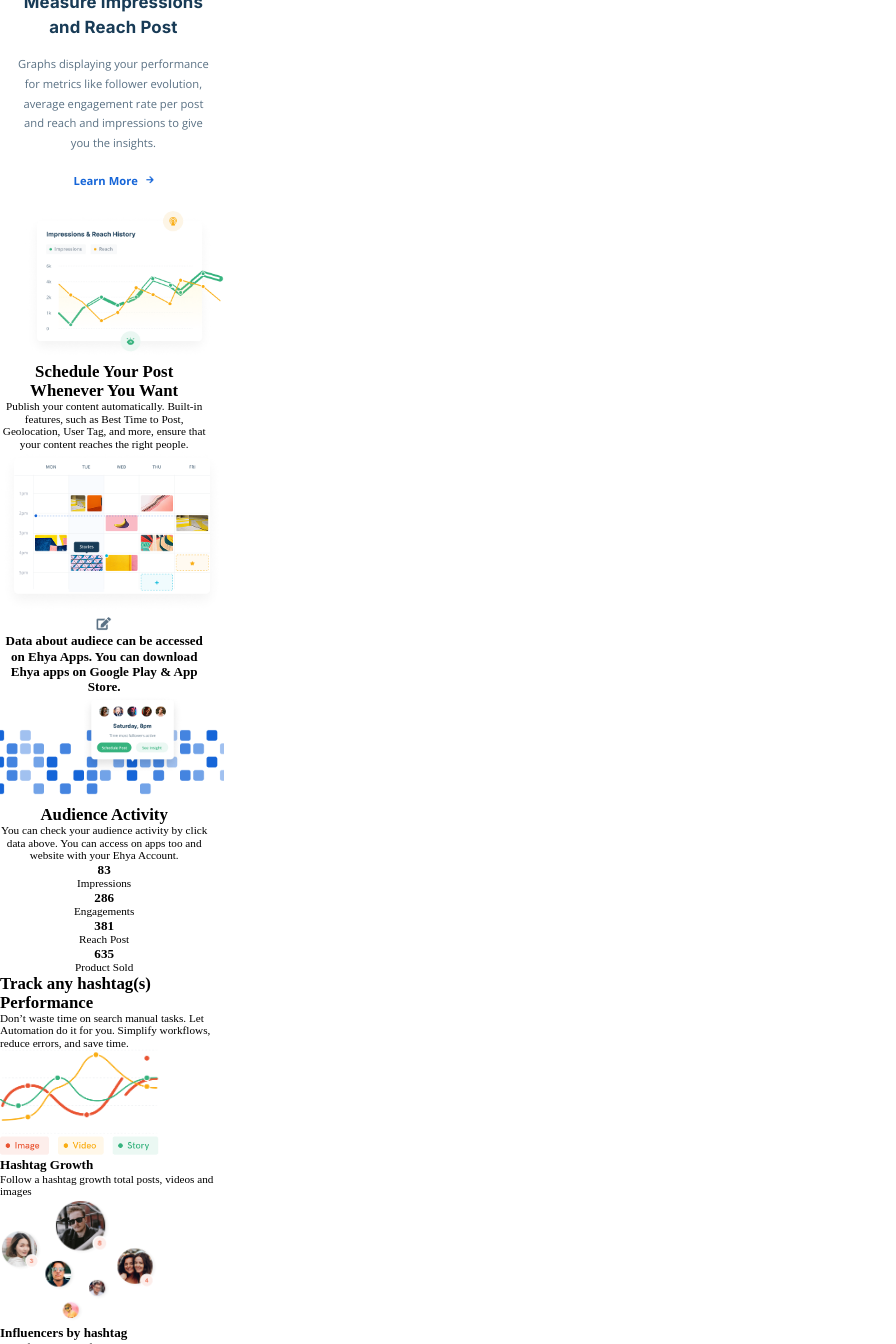
Repository: Eduardo-Tamborelli-Ferreira-lino/FrontEnd
Page: projetos/Prova-CSS/index.html
An editor plug-in stored every save of this project. The page is shown before and after the next save, followed by the edit.
The browser window is 1280 px wide. The pictures show the part of the page from y = 1022 to 2942 px (the page is 4954 px tall before and 4970 px after), at 70% of full size.

Above is the page before, as saved 2026-03-12 13:52:55.

After the next save:
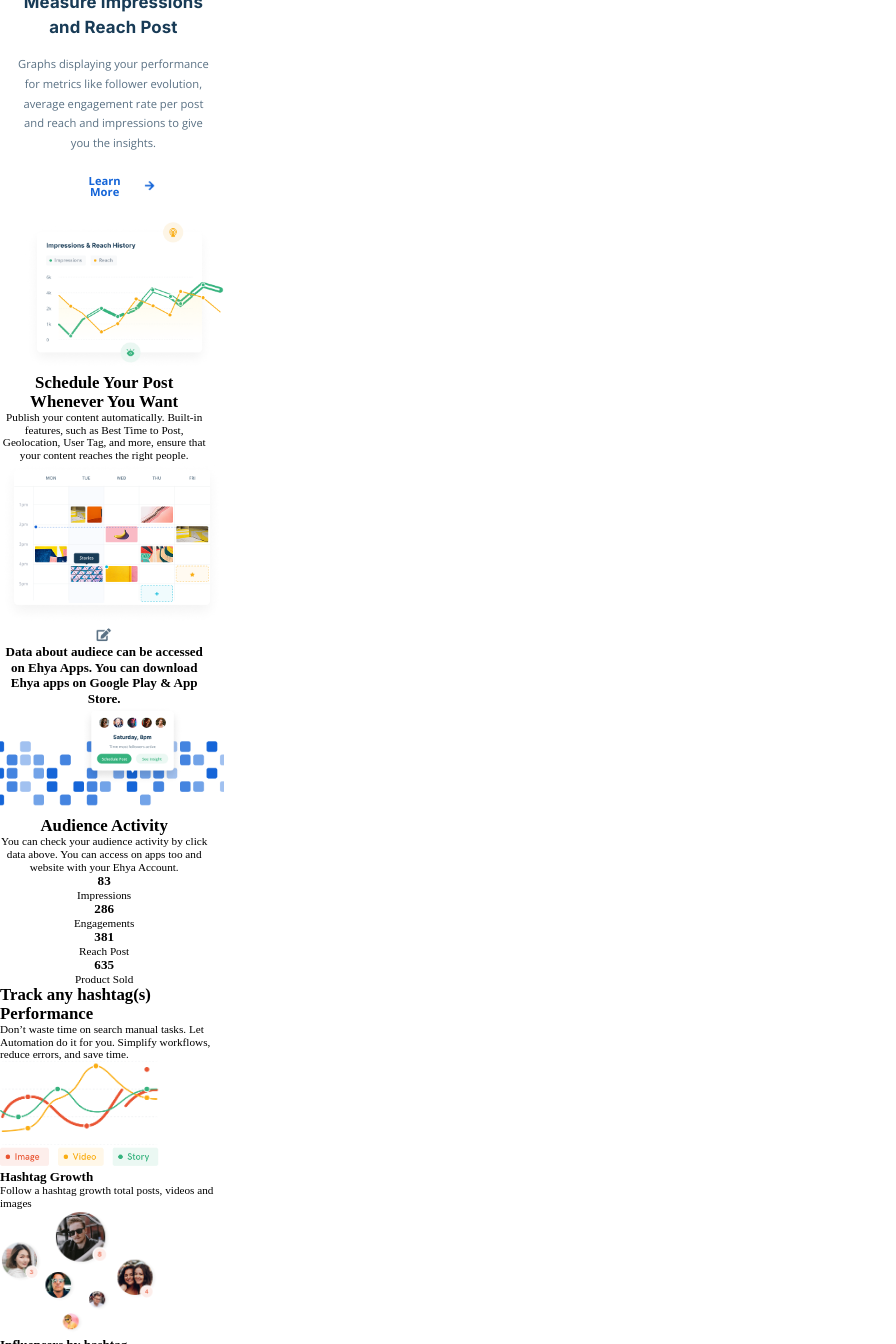
Saved 2 s later.
--- a/projetos/Prova-CSS/style.css
+++ b/projetos/Prova-CSS/style.css
@@ -183,7 +183,7 @@
 }
 
 #impressions-button img{
-    height: 0.875remrem;
+    height: 0.875rem;
 }
 
 #impressions-graph img{

After the 2 saves that followed:
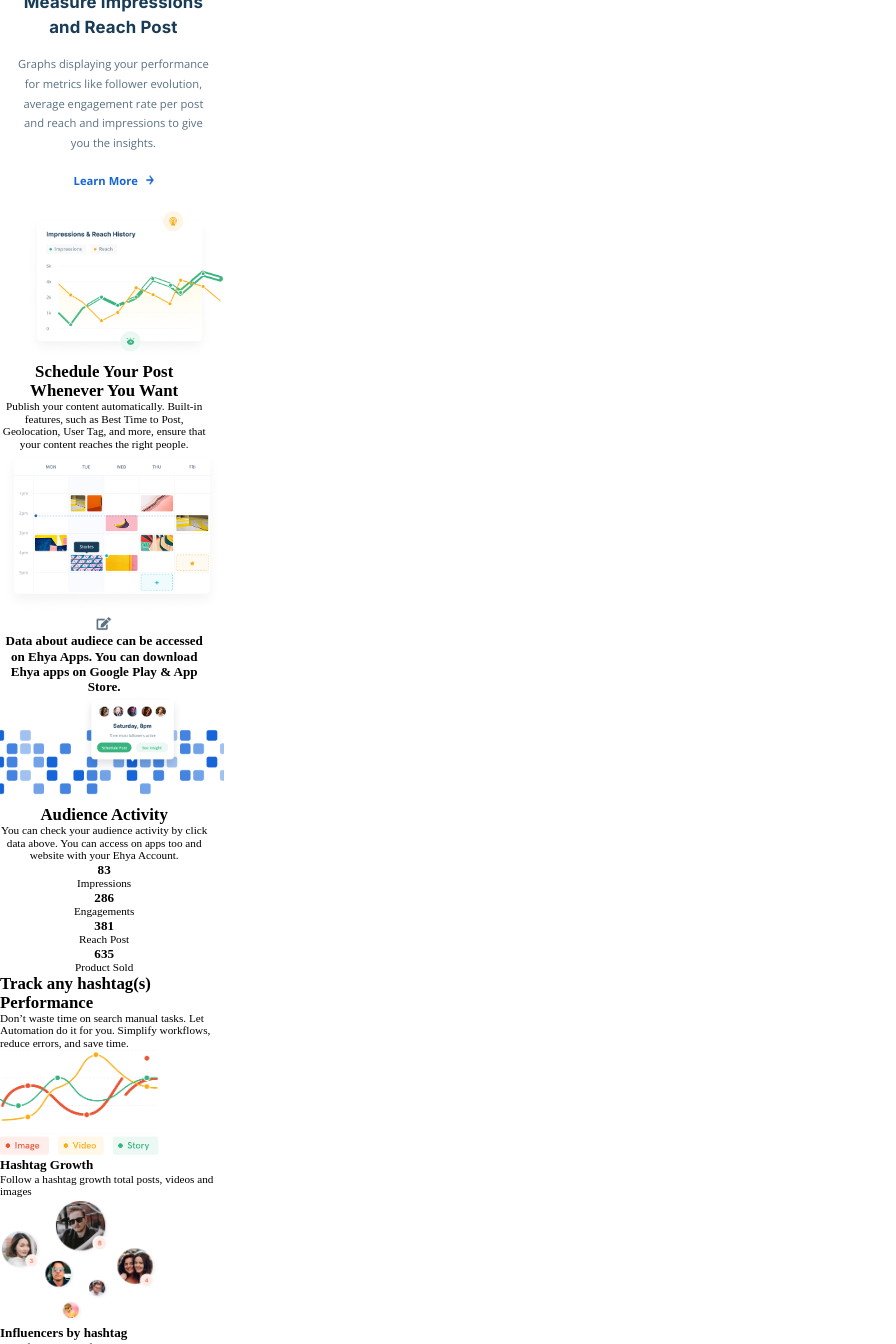
The 2 saves are shown as one change because 1 left the picture as it was.
The last was saved 2 min 7 s later.
--- a/projetos/Prova-CSS/style.css
+++ b/projetos/Prova-CSS/style.css
@@ -183,6 +183,7 @@
 }
 
 #impressions-button img{
+    width: 0.688rem;
     height: 0.875rem;
 }
 
